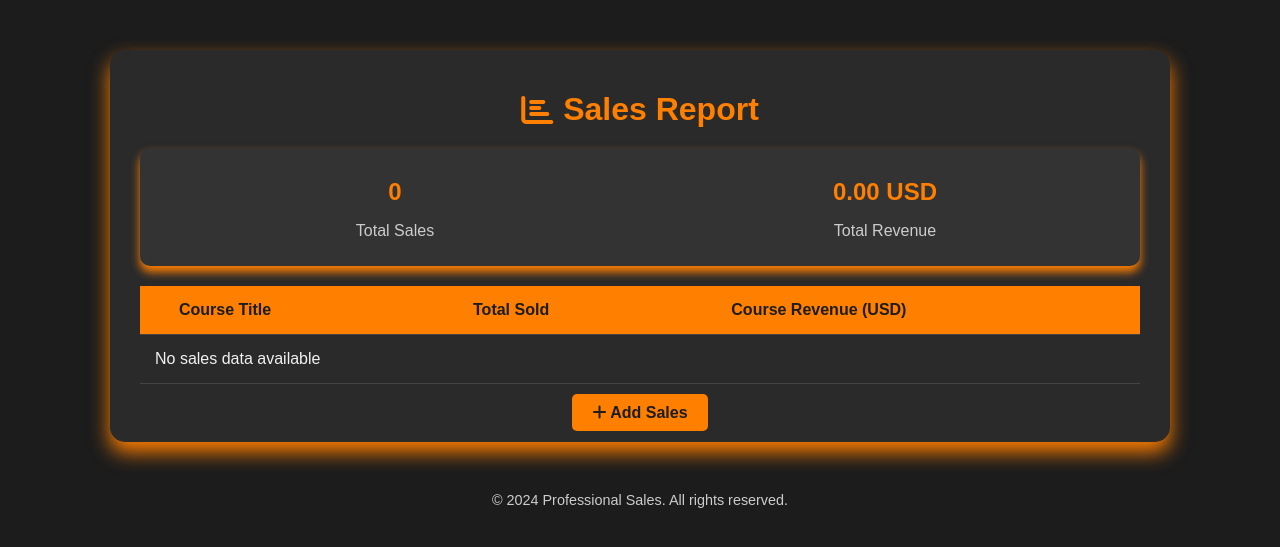
Repository: Syed1818/project
Page: http://localhost/sales_report.php
These files come from the project's save history. The page is drawn as it stood at one moment and after the next save; the edit follows.
The browser window is 1280 px wide. The pictures show the whole page.
The page is run by PHP 8.4 with error messages shown; the project is at /var/www/html/. Queries for data that is not in the repository find no rows.

Above is the page before, as saved 2024-12-23 15:34:27.

### sales_report.php
<?php
include 'connect.php';

// Fetch sales data
$sales_query = "
    SELECT
        courses.title AS course_title,
        COUNT(sales.course_id) AS total_sold,
        SUM(sales.price) AS total_revenue
    FROM sales
    JOIN courses ON sales.course_id = courses.id
    GROUP BY sales.course_id;
";
$sales_result = $conn->query($sales_query);

// Fetch total sales and revenue
$total_query = "
    SELECT
        COUNT(*) AS total_sales,
        SUM(price) AS total_revenue
    FROM sales;
";
$total_result = $conn->query($total_query);
$total_data = $total_result->fetch_assoc();
$total_sales = $total_data['total_sales'] ?? 0;
$total_revenue = $total_data['total_revenue'] ?? 0;
?>
<!DOCTYPE html>
<html lang="en">
<head>
    <meta charset="UTF-8">
    <meta name="viewport" content="width=device-width, initial-scale=1.0">
    <title>Sales Report</title>
    <!-- Font Awesome for icons -->
    <link rel="stylesheet" href="https://cdnjs.cloudflare.com/ajax/libs/font-awesome/6.0.0-beta3/css/all.min.css">
    <style>
        body {
            font-family: 'Poppins', sans-serif;
            margin: 0;
            padding: 0;
            background: #1c1c1c; /* Black background */
            color: #f1f1f1; /* Light text */
        }
        .container {
            max-width: 1000px;
            margin: 50px auto;
            padding: 20px 30px;
            background: #2a2a2a; /* Dark background */
            border-radius: 15px;
            box-shadow: 0 10px 20px #ff7f00;
        }
        h1 {
            font-size: 2rem;
            text-align: center;
            color: #ff7f00; /* Orange */
            margin-bottom: 20px;
            display: flex;
            align-items: center;
            justify-content: center;
        }
        h1 i {
            margin-right: 10px;
        }
        .stats {
            display: flex;
            justify-content: space-between;
            margin-bottom: 20px;
            padding: 10px;
            background-color: #333;
            box-shadow: 0 6px 10px #ff7f00;
            border-radius: 10px;
        }
        .stat-card {
            text-align: center;
            flex: 1;
            margin: 0 10px;
        }
        .stat-card h2 {
            font-size: 1.5rem;
            color: #ff7f00; /* Orange */
            margin-bottom: 5px;
        }
        .stat-card p {
            font-size: 1rem;
            color: #ccc;
        }
        table {
            width: 100%;
            border-collapse: collapse;
            margin: 20px 0;
        }
        th, td {
            padding: 15px;
            text-align: left;
            border-bottom: 1px solid #444;
        }
        th {
            background-color: #ff7f00; /* Orange */
            color: #1c1c1c; /* Black text */
        }
        tr:hover {
            background-color: #333;
        }
        .icon {
            margin-right: 10px;
            color: #ff7f00; /* Orange */
        }
        .actions {
            margin-top: 20px;
            text-align: center;
        }
        .add-sales-btn {
            background-color: #ff7f00; /* Orange */
            color: #1c1c1c; /* Black text */
            padding: 10px 20px;
            text-decoration: none;
            border-radius: 5px;
            font-weight: bold;
            font-size: 1rem;
            transition: background-color 0.3s ease;
        }
        .add-sales-btn:hover {
            background-color: #e56d00; /* Darker orange */
        }
        .footer {
            text-align: center;
            margin-top: 20px;
            font-size: 0.9rem;
            color: #ccc;
        }
    </style>
</head>
<body>
    <div class="container">
        <h1><i class="fas fa-chart-bar"></i>Sales Report</h1>

        <!-- Total Stats -->
        <div class="stats">
            <div class="stat-card">
                <h2><?php echo $total_sales; ?></h2>
                <p>Total Sales</p>
            </div>
            <div class="stat-card">
                <h2><?php echo number_format($total_revenue, 2); ?> USD</h2>
                <p>Total Revenue</p>
            </div>
        </div>

        <!-- Sales Table -->
        <table>
            <thead>
                <tr>
                    <th><i class="fas fa-book icon"></i>Course Title</th>
                    <th><i class="fas fa-users icon"></i>Total Sold</th>
                    <th><i class="fas fa-dollar-sign icon"></i>Course Revenue (USD)</th>
                </tr>
            </thead>
            <tbody>
                <?php if ($sales_result && $sales_result->num_rows > 0): ?>
                    <?php while ($row = $sales_result->fetch_assoc()): ?>
                        <tr>
                            <td><?php echo htmlspecialchars($row['course_title']); ?></td>
                            <td><?php echo htmlspecialchars($row['total_sold']); ?></td>
                            <td><?php echo htmlspecialchars(number_format($row['total_revenue'], 2)); ?> USD</td>
                        </tr>
                    <?php endwhile; ?>
                <?php else: ?>
                    <tr><td colspan="3">No sales data available</td></tr>
                <?php endif; ?>
            </tbody>
        </table>

        <!-- Add Sales Button -->
        <div class="actions">
            <a href="add_sales.php" class="add-sales-btn"><i class="fas fa-plus"></i> Add Sales</a>
        </div>
    </div>
    <div class="footer">
        &copy; 2024 Professional Sales. All rights reserved.
    </div>
</body>
</html>

### connect.php
<?php
$host = '127.0.0.1'; // Database host (localhost in most cases)
$db = 'elearning'; // Your database name
$user = 'myadmin'; // MySQL username
$pass = 'syedshahid@123'; // MySQL password

// Create a MySQLi connection
$conn = new mysqli($host, $user, $pass, $db);

// Check the connection
if ($conn->connect_error) {
    die("Connection failed: " . $conn->connect_error);
}
?>

After the next save:
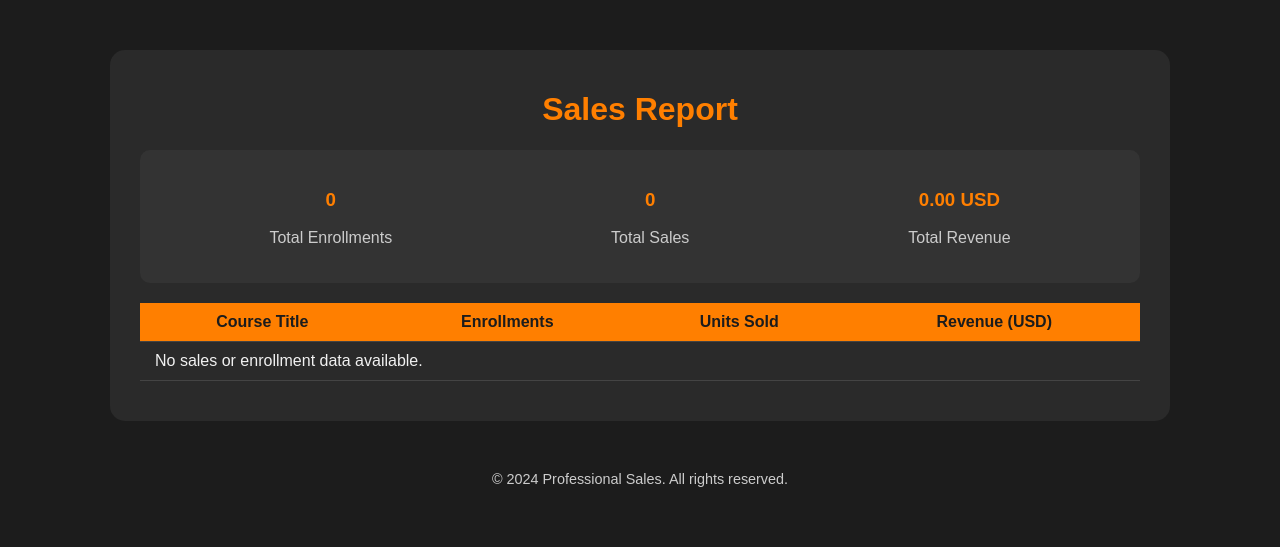
Saved 43 s later.
--- a/sales_report.php
+++ b/sales_report.php
@@ -1,126 +1,89 @@
 <?php
 include 'connect.php';
 
-// Fetch sales data
+// Fetch course sales data
 $sales_query = "
     SELECT
         courses.title AS course_title,
         COUNT(sales.course_id) AS total_sold,
-        SUM(sales.price) AS total_revenue
-    FROM sales
-    JOIN courses ON sales.course_id = courses.id
-    GROUP BY sales.course_id;
+        SUM(sales.price) AS total_revenue,
+        (SELECT COUNT(*) FROM enrollments WHERE enrollments.course_id = courses.id) AS total_enrollments
+    FROM courses
+    LEFT JOIN sales ON sales.course_id = courses.id
+    GROUP BY courses.id;
 ";
 $sales_result = $conn->query($sales_query);
 
-// Fetch total sales and revenue
+// Fetch total sales, revenue, and enrollments
 $total_query = "
     SELECT
-        COUNT(*) AS total_sales,
-        SUM(price) AS total_revenue
-    FROM sales;
+        COUNT(DISTINCT sales.id) AS total_sales,
+        SUM(sales.price) AS total_revenue,
+        COUNT(DISTINCT enrollments.id) AS total_enrollments
+    FROM sales
+    LEFT JOIN enrollments ON enrollments.course_id = sales.course_id;
 ";
 $total_result = $conn->query($total_query);
 $total_data = $total_result->fetch_assoc();
 $total_sales = $total_data['total_sales'] ?? 0;
 $total_revenue = $total_data['total_revenue'] ?? 0;
+$total_enrollments = $total_data['total_enrollments'] ?? 0;
 ?>
+
 <!DOCTYPE html>
 <html lang="en">
 <head>
     <meta charset="UTF-8">
     <meta name="viewport" content="width=device-width, initial-scale=1.0">
     <title>Sales Report</title>
-    <!-- Font Awesome for icons -->
-    <link rel="stylesheet" href="https://cdnjs.cloudflare.com/ajax/libs/font-awesome/6.0.0-beta3/css/all.min.css">
     <style>
+        /* Add your existing styles here */
         body {
             font-family: 'Poppins', sans-serif;
-            margin: 0;
-            padding: 0;
-            background: #1c1c1c; /* Black background */
-            color: #f1f1f1; /* Light text */
+            background-color: #1c1c1c;
+            color: #f1f1f1;
         }
         .container {
             max-width: 1000px;
             margin: 50px auto;
             padding: 20px 30px;
-            background: #2a2a2a; /* Dark background */
+            background: #2a2a2a;
             border-radius: 15px;
-            box-shadow: 0 10px 20px #ff7f00;
         }
-        h1 {
-            font-size: 2rem;
+        h1, h2 {
             text-align: center;
-            color: #ff7f00; /* Orange */
-            margin-bottom: 20px;
-            display: flex;
-            align-items: center;
-            justify-content: center;
-        }
-        h1 i {
-            margin-right: 10px;
+            color: #ff7f00;
         }
         .stats {
             display: flex;
-            justify-content: space-between;
-            margin-bottom: 20px;
-            padding: 10px;
-            background-color: #333;
-            box-shadow: 0 6px 10px #ff7f00;
+            justify-content: space-around;
+            margin: 20px 0;
+            background: #333;
             border-radius: 10px;
+            padding: 20px;
         }
         .stat-card {
             text-align: center;
-            flex: 1;
-            margin: 0 10px;
+            color: #ccc;
         }
-        .stat-card h2 {
-            font-size: 1.5rem;
-            color: #ff7f00; /* Orange */
-            margin-bottom: 5px;
-        }
-        .stat-card p {
-            font-size: 1rem;
-            color: #ccc;
+        .stat-card h3 {
+            color: #ff7f00;
         }
         table {
             width: 100%;
+            margin: 20px 0;
             border-collapse: collapse;
-            margin: 20px 0;
         }
         th, td {
-            padding: 15px;
-            text-align: left;
+            padding: 10px 15px;
             border-bottom: 1px solid #444;
         }
         th {
-            background-color: #ff7f00; /* Orange */
-            color: #1c1c1c; /* Black text */
+            background: #ff7f00;
+            color: #1c1c1c;
         }
         tr:hover {
-            background-color: #333;
-        }
-        .icon {
-            margin-right: 10px;
-            color: #ff7f00; /* Orange */
-        }
-        .actions {
-            margin-top: 20px;
-            text-align: center;
-        }
-        .add-sales-btn {
-            background-color: #ff7f00; /* Orange */
-            color: #1c1c1c; /* Black text */
-            padding: 10px 20px;
-            text-decoration: none;
-            border-radius: 5px;
-            font-weight: bold;
-            font-size: 1rem;
-            transition: background-color 0.3s ease;
-        }
-        .add-sales-btn:hover {
-            background-color: #e56d00; /* Darker orange */
+            background: #333;
         }
         .footer {
             text-align: center;
@@ -132,51 +95,47 @@ $total_revenue = $total_data['total_revenue'] ?? 0;
 </head>
 <body>
     <div class="container">
-        <h1><i class="fas fa-chart-bar"></i>Sales Report</h1>
-
-        <!-- Total Stats -->
+        <h1>Sales Report</h1>
         <div class="stats">
             <div class="stat-card">
-                <h2><?php echo $total_sales; ?></h2>
+                <h3><?php echo $total_enrollments; ?></h3>
+                <p>Total Enrollments</p>
+            </div>
+            <div class="stat-card">
+                <h3><?php echo $total_sales; ?></h3>
                 <p>Total Sales</p>
             </div>
             <div class="stat-card">
-                <h2><?php echo number_format($total_revenue, 2); ?> USD</h2>
+                <h3><?php echo number_format($total_revenue, 2); ?> USD</h3>
                 <p>Total Revenue</p>
             </div>
         </div>
 
-        <!-- Sales Table -->
         <table>
             <thead>
                 <tr>
-                    <th><i class="fas fa-book icon"></i>Course Title</th>
-                    <th><i class="fas fa-users icon"></i>Total Sold</th>
-                    <th><i class="fas fa-dollar-sign icon"></i>Course Revenue (USD)</th>
+                    <th>Course Title</th>
+                    <th>Enrollments</th>
+                    <th>Units Sold</th>
+                    <th>Revenue (USD)</th>
                 </tr>
             </thead>
             <tbody>
-                <?php if ($sales_result && $sales_result->num_rows > 0): ?>
+                <?php if ($sales_result->num_rows > 0): ?>
                     <?php while ($row = $sales_result->fetch_assoc()): ?>
                         <tr>
                             <td><?php echo htmlspecialchars($row['course_title']); ?></td>
-                            <td><?php echo htmlspecialchars($row['total_sold']); ?></td>
-                            <td><?php echo htmlspecialchars(number_format($row['total_revenue'], 2)); ?> USD</td>
+                            <td><?php echo $row['total_enrollments']; ?></td>
+                            <td><?php echo $row['total_sold']; ?></td>
+                            <td><?php echo number_format($row['total_revenue'], 2); ?> USD</td>
                         </tr>
                     <?php endwhile; ?>
                 <?php else: ?>
-                    <tr><td colspan="3">No sales data available</td></tr>
+                    <tr><td colspan="4">No sales or enrollment data available.</td></tr>
                 <?php endif; ?>
             </tbody>
         </table>
-
-        <!-- Add Sales Button -->
-        <div class="actions">
-            <a href="add_sales.php" class="add-sales-btn"><i class="fas fa-plus"></i> Add Sales</a>
-        </div>
     </div>
-    <div class="footer">
-        &copy; 2024 Professional Sales. All rights reserved.
-    </div>
+    <div class="footer">&copy; 2024 Professional Sales. All rights reserved.</div>
 </body>
 </html>
